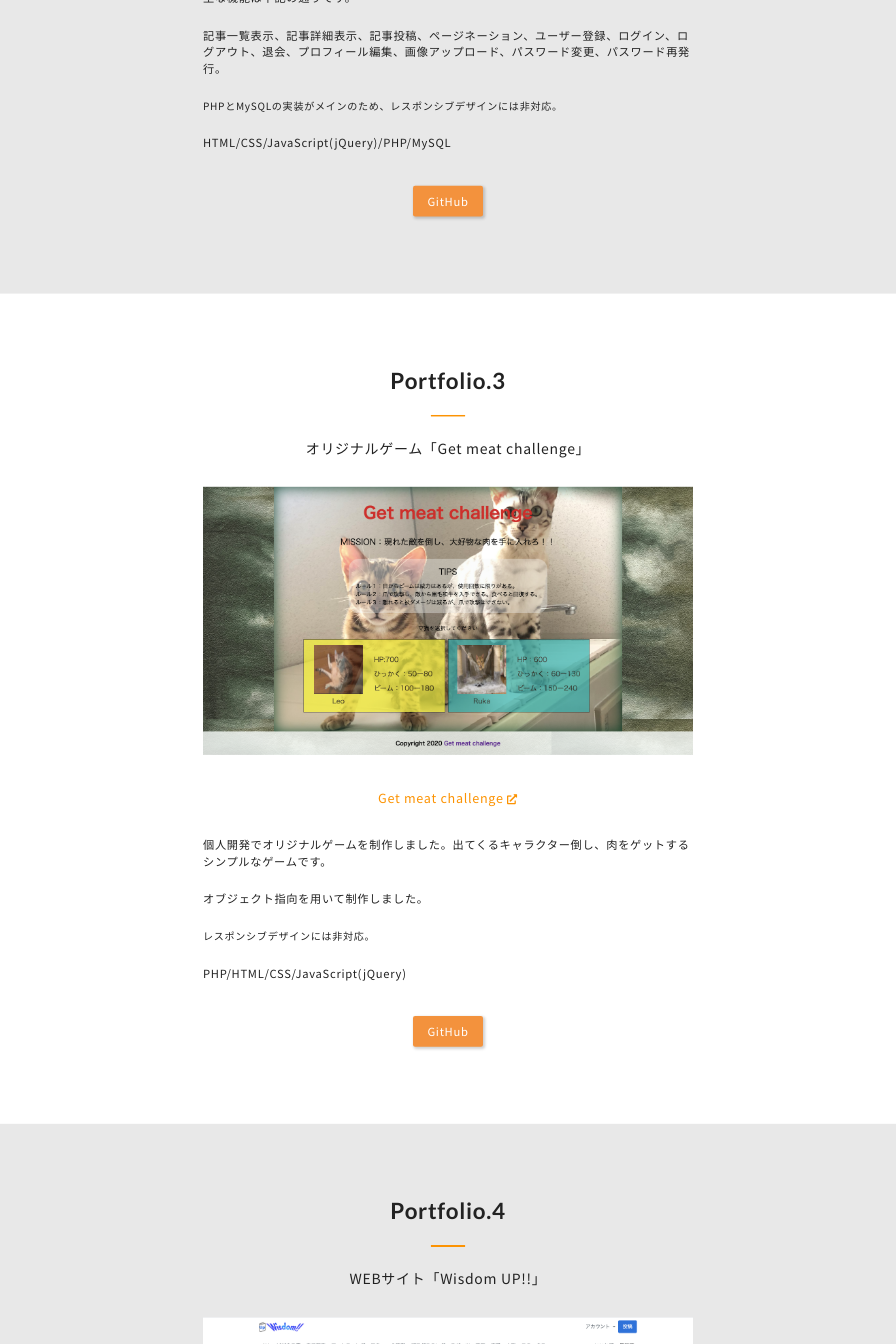
Repository: shuehi23/Portfolio
Page: portfolio/portfolio.html
The author's editor kept a copy of each file at every save. The page is drawn from the files as they stood at one save, then again after the next save.
The browser window is 1280 px wide. The pictures show the part of the page from y = 2839 to 4759 px (the page is 7136 px tall before and 7238 px after), at 70% of full size.
A picture or video elsewhere on the page could not be fetched, so the positions and the page height are approximate. Some web libraries are served in a nearby version.

Above is the page before, as saved 2020-10-24 10:31:58.

### portfolio/portfolio.html
<!DOCTYPE html>
<html lang="ja">
<head>
  <meta charset="UTF-8">
  <meta name="viewport" content="width=device-width, initial-scale=1.0">
  <meta http-equiv="X-UA-Compatible" content="ie=edge">
  <title>Suhei's Portfolio</title>
  <!-- Google Fontsの読み込み -->
  <link href="https://fonts.googleapis.com/css?family=Lato:400,700|Noto+Sans+JP:400,700&display=swap&subset=japanese" rel="stylesheet">
  <!-- FontAwesomeの読み込み -->
  <link href="https://use.fontawesome.com/releases/v5.12.0/css/all.css" rel="stylesheet">
  <link rel="stylesheet" href="../css/stylesheet.css">
</head>
<body id="DETAIL">
  <!-- Navigation -->
  <nav class="l-navigation" id="mainNav">
    <div class="container">
      <a class="l-navigation_logo" href="">Shuhei's Portfolio</a>
      <div class="menu-trigger js-toggle-sp-menu">
        <span></span>
        <span></span>
        <span></span>
      </div>
      <ul class="l-navigation_list js-toggle-sp-menu-target">
        <li class="l-navigation_item">
          <a class="l-navigation_link" href="index.html#homt">Home</a>
        </li>
        <li class="l-navigation_item">
          <a class="l-navigation_link" href="index.html#portfolio">Portfolio</a>
        </li>
        <li class="l-navigation_item">
          <a class="l-navigation_link" href="index.html#skill">Skill</a>
        </li>
        <li class="l-navigation_item">
          <a class="l-navigation_link" href="index.html#contact">Contact</a>
        </li>
      </ul>
    </div>
  </nav>
  <!-- ヘッダー -->
  <header id="header" class="l-header">
    <div class="l-header_container l-content-wrap-default">
      <h1 class="l-header_title">
         shuhei's Portfolio
      </h1>
      <hr>
      <p class="l-header_text">
         My Portfolio. I hope you enjoy viewing my Portfolio.
      </p>
    </div>
  </header>

  <!-- メインコンテンツ -->
  <main id="main" class="l-main">
    <!-- ポートフォリオ１ -->
    <article id="portfolio01" class="p-detail">
      <div class="p-detail_container l-content-wrap-default">
        <h2 class="p-detail_title">Portfolio.1</h2>
        <hr>
        <h3 class="p-detail_subtitle">サンプルWEBサイト</h3>
        <img src="../image/portfolio01.jpg" alt="" class="p-detail_image">
        <div class="p-detail_link-wrap">
          <a href="#" class="p-detail_link">
            Overseas Sport Tour <i class="fas fa-external-link-alt p-detail_icon"></i>
          </a>
        </div>

        <p class="p-detail_text">
          海外アスリート応援ツアーをイメージして制作しました。
        </p>
        <p class="p-detail_text_small">
          レスポンシブデザインに対応。
        </p>
        <p class="p-detail_text">
          HTML/Scss/bootstrap/JavaScript(jQuery)
        </p>
        <p class="p-detail_text c-btn--wrap">
          <a href="#" class="c-btn--link">GitHub</a>
        </p>
      </div>
    </article>
    <!-- ポートフォリオ２ -->
    <article id="portfolio02" class="p-detail">
      <div class="p-detail_container l-content-wrap-default">
        <h2 class="p-detail_title">Portfolio.2</h2>
        <hr>
        <h3 class="p-detail_subtitle">WEBサービス「Connect With Sports」</h3>
        <img src="../image/connect.jpg" alt="" class="p-detail_image">
        <div class="p-detail_link-wrap">
          <a href="#" class="p-detail_link">
            Connect With Sports <i class="fas fa-external-link-alt p-detail_icon"></i>
          </a>
        </div>
        <p class="p-detail_text">
              個人開発でオリジナルWEBサービスを制作しました。スポーツを通じて繋がることができるWEBサービスです。
        </p>
        <p class="p-detail_text">
              主な機能は下記の通りです。
        </p>
        <p class="p-detail_text">
              記事一覧表示、記事詳細表示、記事投稿、ページネーション、ユーザー登録、ログイン、ログアウト、退会、プロフィール編集、画像アップロード、パスワード変更、パスワード再発行。
        </p>
        <p class="p-detail_text_small">
              PHPとMySQLの実装がメインのため、レスポンシブデザインには非対応。
            </p>
        <p class="p-detail_text">
              HTML/CSS/JavaScript(jQuery)/PHP/MySQL
        </p>
        <p class="p-detail_text c-btn--wrap">
          <a href="#" class="c-btn--link">GitHub</a>
        </p>
      </div>
    </article>
    <!-- ポートフォリオ３ -->
    <article id="portfolio03" class="p-detail">
      <div class="p-detail_container l-content-wrap-default">
        <h2 class="p-detail_title">Portfolio.3</h2>
        <hr>
        <h3 class="p-detail_subtitle">オリジナルゲーム「Get meat challenge」</h3>
        <img src="../image/game.jpg" alt="" class="p-detail_image">
        <div class="p-detail_link-wrap">
          <a href="#" class="p-detail_link">
            Get meat challenge<i class="fas fa-external-link-alt p-detail_icon"></i>
          </a>
        </div>
        <p class="p-detail_text">
                  個人開発でオリジナルゲームを制作しました。出てくるキャラクター倒し、肉をゲットするシンプルなゲームです。
        </p>
        <p class="p-detail_text">
                  オブジェクト指向を用いて制作しました。
        </p>
        <p class="p-detail_text_small">
                  レスポンシブデザインには非対応。
        </p>
        <p class="p-detail_text">
                  PHP/HTML/CSS/JavaScript(jQuery)
        </p>
        <p class="p-detail_text c-btn--wrap">
          <a href="#" class="c-btn--link">GitHub</a>
        </p>
      </div>
    </article>
    <!-- ポートフォリオ4 -->
    <article id="portfolio04" class="p-detail">
      <div class="p-detail_container l-content-wrap-default">
        <h2 class="p-detail_title">Portfolio.4</h2>
        <hr>
        <h3 class="p-detail_subtitle">WEBサイト「Wisdom UP!!」</h3>
        <img src="../image/wisdom.jpg" alt="" class="p-detail_image">
        <div class="p-detail_link-wrap">
          <a href="#" class="p-detail_link">
            Wisdom UP!!<i class="fas fa-external-link-alt p-detail_icon"></i>
          </a>
        </div>
        <p class="p-detail_text">
                  個人開発でおすすめの本を紹介するサイトを制作しました。
        </p>
        <p class="p-detail_text">
                  主な機能は下記の通りです。
        </p>
        <p class="p-detail_text">
                  投稿記事一覧表示、記事詳細表示、記事投稿、ページネーション、ユーザー登録、ログイン、ログアウト、退会、プロフィール編集、画像アップロード、パスワード変更、パスワード再発行。<br>
                  また、いいね機能はaxiosを使った非同期通信で実装しました。
        </p>
        <p class="p-detail_text_small">
                  レスポンシブデザインに対応。
        </p>
        <p class="p-detail_text">
                  HTML/SASS(scss)/Laravel/Vue.js/MySQL/MAMP環境
        </p>
        <p class="p-detail_text">
                  ※動作確認に際して、会員登録がお手数の場合は下記のアイパスでログインしてください<br>
                  アドレス :reo@com<br>
                  パスワード : password
        </p>
        <p class="p-detail_text c-btn--wrap">
          <a href="#" class="c-btn--link">GitHub</a>
        </p>
      </div>
    </article>
    <!-- ポートフォリオ5 -->
    <article id="portfolio04" class="p-detail">
      <div class="p-detail_container l-content-wrap-default">
        <h2 class="p-detail_title">Portfolio.4</h2>
        <hr>
        <h3 class="p-detail_subtitle">ポートフォリオ</h3>
        <img src="../image/portfolio.jpg" alt="" class="p-detail_image">
        <div class="p-detail_link-wrap">
          <a href="#" class="p-detail_link">
            Shuhei's Portfolio<i class="fas fa-external-link-alt p-detail_icon"></i>
          </a>
        </div>
        <p class="p-detail_text">
                      当ポートフォリオサイトです。スキルやポートフォリオが分かりやすいように意識しています。
        </p>
        <p class="p-detail_text_small">
                      レスポンシブデザインに対応。
        </p>
        <p class="p-detail_text">
                      HTML/CSS/JavaScript(jQuery)
        </p>
        <p class="p-deteail_text c-btn--wrap">
          <a href="#" class="c-btn--link">GitHub</a>
        </p>
      </div>
    </article>
  </main>
  <!-- フッター -->
  <footer id="footer" class="l-footer">
    <div class="l-footer_container l-content-wrap-default">
      <p class="l-footer_title">Shuhei's portfolio</p>
      <small class="l-footer_copyright">
        &copy 2020 Shuhei's Portfolio All Right Reserved.
      </small>
    </div>
    <button type="button" class="l-footer_button js-scroll-top">
      <i class="fas fa-angle-double-up l-footer_go-to-top"></i>
    </button>
  </footer>
  <script src="https://code.jquery.com/jquery-3.4.1.min.js" integrity="sha256-CSXorXvZcTkaix6Yvo6HppcZGetbYMGWSFlBw8HfCJo=" crossorigin="anonymous"></script>
  <!-- smooth-scroll.jsのファイルを読み込み -->
  <script src="https://cdn.jsdelivr.net/gh/cferdinandi/smooth-scroll/dist/smooth-scroll.polyfills.min.js"></script>
  <!-- JavaScriptファイルの読み込み -->
  <script src="../js/main.js"></script>
</body>
</html>

Loaded but not shown: js/main.js (62 lines, source omitted); css/stylesheet.css (957 lines, source omitted)

After the next save:
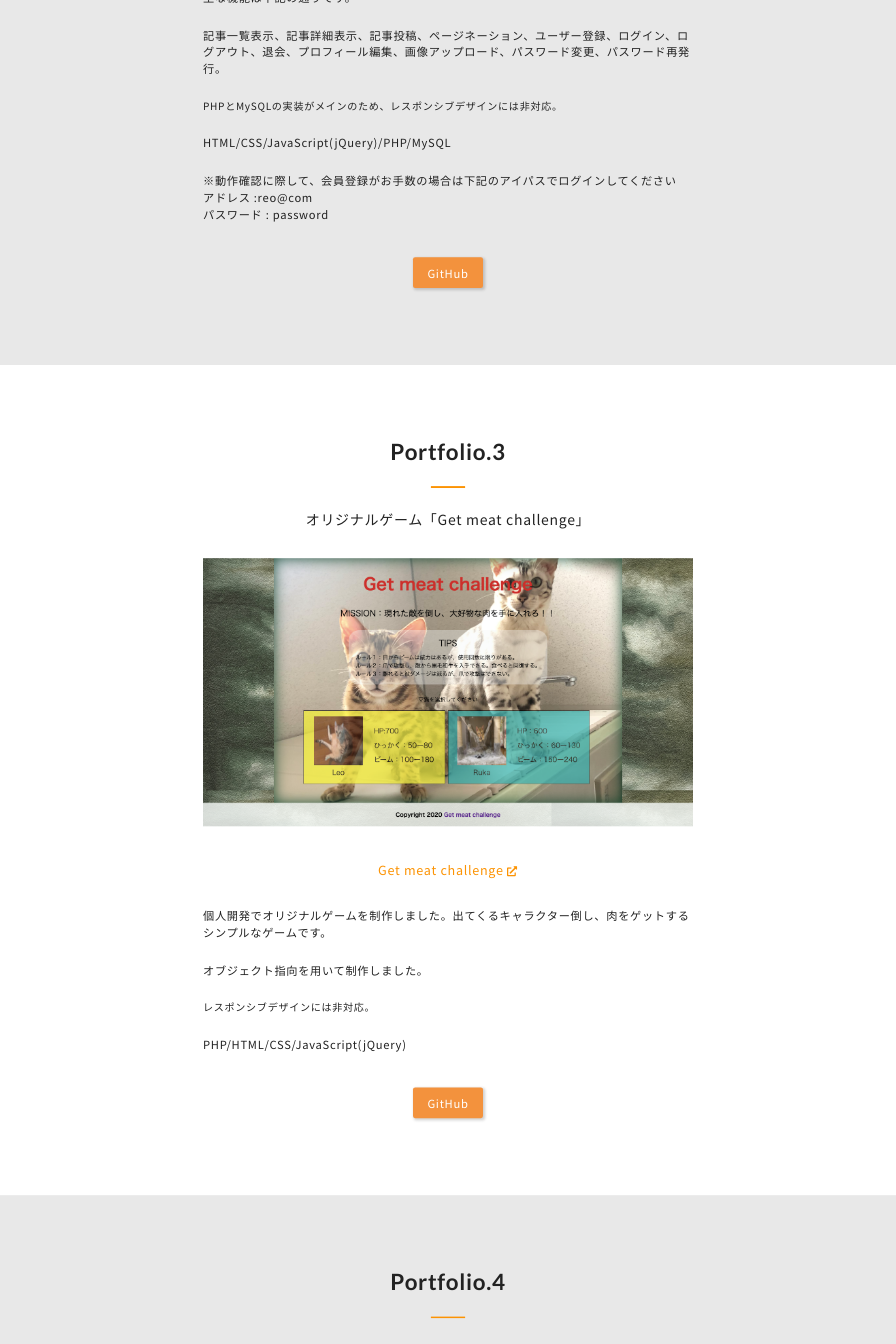
Saved 61 s later.
--- a/portfolio/portfolio.html
+++ b/portfolio/portfolio.html
@@ -106,6 +106,11 @@
         <p class="p-detail_text">
               HTML/CSS/JavaScript(jQuery)/PHP/MySQL
         </p>
+        <p class="p-detail_text">
+          ※動作確認に際して、会員登録がお手数の場合は下記のアイパスでログインしてください<br>
+          アドレス :reo@com<br>
+          パスワード : password
+        </p>
         <p class="p-detail_text c-btn--wrap">
           <a href="#" class="c-btn--link">GitHub</a>
         </p>
